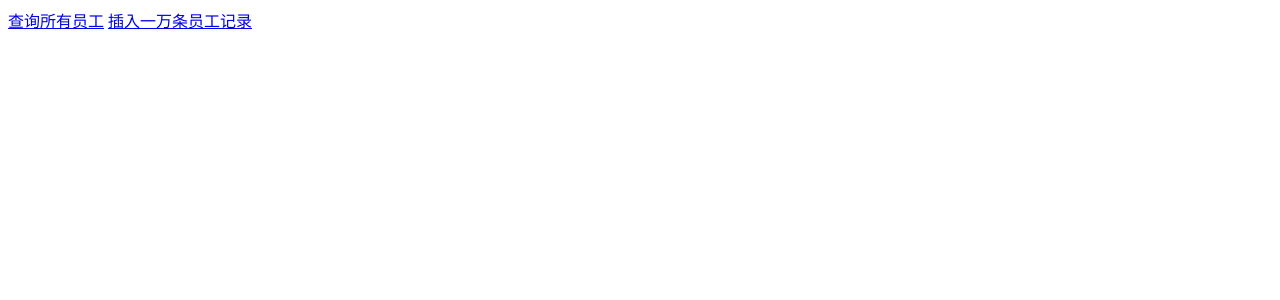
Repository: CeKing2311/MyBatis
Page: http://localhost/MyBatis06_SSM/
These files come from the project's save history. The page is drawn as it stood at one moment and after the next save; the edit follows.
The browser window is 1280 px wide. The pictures show the whole page.
The page is served by Tomcat 9. Nobody is signed in. The application's start-up code is not run. Other server files are loaded and not shown.

Above is the page before, as saved 2020-12-31 02:02:00.

### MyBatis06_SSM/WebContent/index.jsp
<%@ page language="java" contentType="text/html; charset=UTF-8"
    pageEncoding="UTF-8"%>
<!DOCTYPE html PUBLIC "-//W3C//DTD HTML 4.01 Transitional//EN" "http://www.w3.org/TR/html4/loose.dtd">
<html>
<head>
<meta http-equiv="Content-Type" content="text/html; charset=UTF-8">
<title>Insert title here</title>
</head>
<body>
	<a href="getemps">查询所有员工</a>

	<a href="addEmps">插入一万条员工记录</a>
</body>
</html>

After the next save:
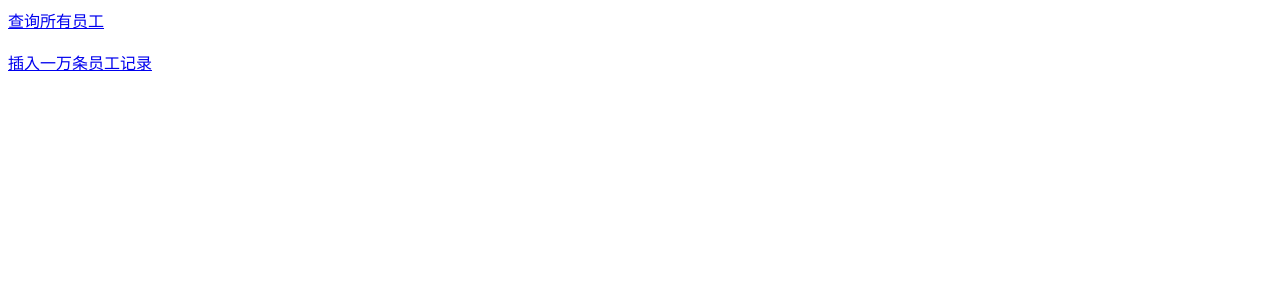
Saved 46 s later.
--- a/MyBatis06_SSM/WebContent/index.jsp
+++ b/MyBatis06_SSM/WebContent/index.jsp
@@ -7,8 +7,7 @@
 <title>Insert title here</title>
 </head>
 <body>
-	<a href="getemps">查询所有员工</a>
-
+	<a href="getemps">查询所有员工</a><br><br>
 	<a href="addEmps">插入一万条员工记录</a>
 </body>
 </html>
